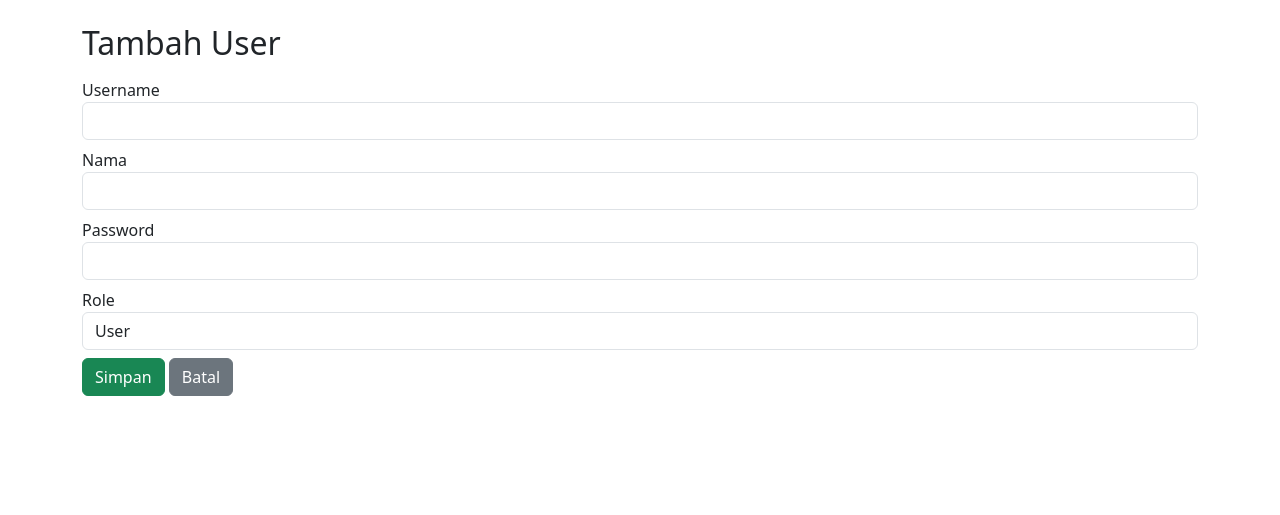
Repository: athalantis/SMart
Page: http://localhost/users/create.php
An editor plug-in stored every save of this project. The page is shown before and after the next save, followed by the edit.
The browser window is 1280 px wide. The pictures show the whole page.
The page is run by PHP 8.4 with error messages shown; the project is at /var/www/html/.

Above is the page before, as saved 2025-03-28 09:29:27.

### users/create.php
<?php
$conn = new mysqli("localhost", "root", "", "your_database");

if ($_SERVER["REQUEST_METHOD"] == "POST") {
    $username = $_POST['username'];
    $name = $_POST['name'];
    $password = password_hash($_POST['password'], PASSWORD_BCRYPT);
    $role = $_POST['role'];

    $stmt = $conn->prepare("INSERT INTO users (username, name, password, role) VALUES (?, ?, ?, ?)");
    $stmt->bind_param("ssss", $username, $name, $password, $role);
    $stmt->execute();

    header("Location: index.php");
}
?>

<!DOCTYPE html>
<html lang="en">
<head>
    <title>Tambah User</title>
    <link rel="stylesheet" href="https://cdn.jsdelivr.net/npm/bootstrap@5.3.0/dist/css/bootstrap.min.css">
</head>
<body>
<div class="container mt-4">
    <h2 class="mb-3">Tambah User</h2>
    <form method="POST">
        <div class="mb-2">
            <label>Username</label>
            <input type="text" name="username" class="form-control" required>
        </div>
        <div class="mb-2">
            <label>Nama</label>
            <input type="text" name="name" class="form-control" required>
        </div>
        <div class="mb-2">
            <label>Password</label>
            <input type="password" name="password" class="form-control" required>
        </div>
        <div class="mb-2">
            <label>Role</label>
            <select name="role" class="form-control">
                <option value="user">User</option>
                <option value="admin">Admin</option>
            </select>
        </div>
        <button type="submit" class="btn btn-success">Simpan</button>
        <a href="index.php" class="btn btn-secondary">Batal</a>
    </form>
</div>
</body>
</html>

### config.php
<?php

$host = "localhost";
$username = "root";
$password = "";
$database = "smart";

$conn = mysqli_connect($host, $username, $password, $database);

if ($conn->connect_error) {
    die("database gagal terkoneksi: " . $conn->connect_error);
}

?>

After the next save:
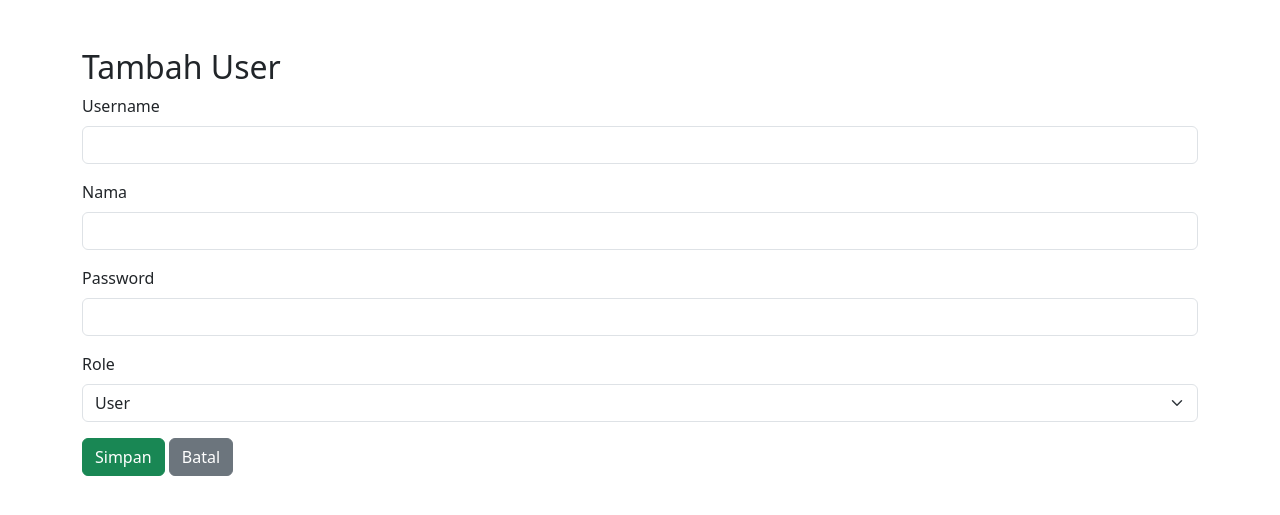
Saved 7 s later.
--- a/users/create.php
+++ b/users/create.php
@@ -1,10 +1,10 @@
 <?php
-$conn = new mysqli("localhost", "root", "", "your_database");
+include '../config.php';
 
 if ($_SERVER["REQUEST_METHOD"] == "POST") {
     $username = $_POST['username'];
     $name = $_POST['name'];
-    $password = password_hash($_POST['password'], PASSWORD_BCRYPT);
+    $password = password_hash($_POST['password'], PASSWORD_DEFAULT);
     $role = $_POST['role'];
 
     $stmt = $conn->prepare("INSERT INTO users (username, name, password, role) VALUES (?, ?, ?, ?)");
@@ -12,41 +12,44 @@ if ($_SERVER["REQUEST_METHOD"] == "POST") {
     $stmt->execute();
 
     header("Location: index.php");
+    exit();
 }
 ?>
 
 <!DOCTYPE html>
-<html lang="en">
+<html lang="id">
 <head>
+    <meta charset="UTF-8">
+    <meta name="viewport" content="width=device-width, initial-scale=1.0">
     <title>Tambah User</title>
-    <link rel="stylesheet" href="https://cdn.jsdelivr.net/npm/bootstrap@5.3.0/dist/css/bootstrap.min.css">
+    <link href="https://cdn.jsdelivr.net/npm/bootstrap@5.3.0/dist/css/bootstrap.min.css" rel="stylesheet">
 </head>
 <body>
-<div class="container mt-4">
-    <h2 class="mb-3">Tambah User</h2>
-    <form method="POST">
-        <div class="mb-2">
-            <label>Username</label>
-            <input type="text" name="username" class="form-control" required>
-        </div>
-        <div class="mb-2">
-            <label>Nama</label>
-            <input type="text" name="name" class="form-control" required>
-        </div>
-        <div class="mb-2">
-            <label>Password</label>
-            <input type="password" name="password" class="form-control" required>
-        </div>
-        <div class="mb-2">
-            <label>Role</label>
-            <select name="role" class="form-control">
-                <option value="user">User</option>
-                <option value="admin">Admin</option>
-            </select>
-        </div>
-        <button type="submit" class="btn btn-success">Simpan</button>
-        <a href="index.php" class="btn btn-secondary">Batal</a>
-    </form>
-</div>
+    <div class="container mt-5">
+        <h2>Tambah User</h2>
+        <form method="POST">
+            <div class="mb-3">
+                <label class="form-label">Username</label>
+                <input type="text" name="username" class="form-control" required>
+            </div>
+            <div class="mb-3">
+                <label class="form-label">Nama</label>
+                <input type="text" name="name" class="form-control" required>
+            </div>
+            <div class="mb-3">
+                <label class="form-label">Password</label>
+                <input type="password" name="password" class="form-control" required>
+            </div>
+            <div class="mb-3">
+                <label class="form-label">Role</label>
+                <select name="role" class="form-select">
+                    <option value="user">User</option>
+                    <option value="admin">Admin</option>
+                </select>
+            </div>
+            <button type="submit" class="btn btn-success">Simpan</button>
+            <a href="index.php" class="btn btn-secondary">Batal</a>
+        </form>
+    </div>
 </body>
 </html>
